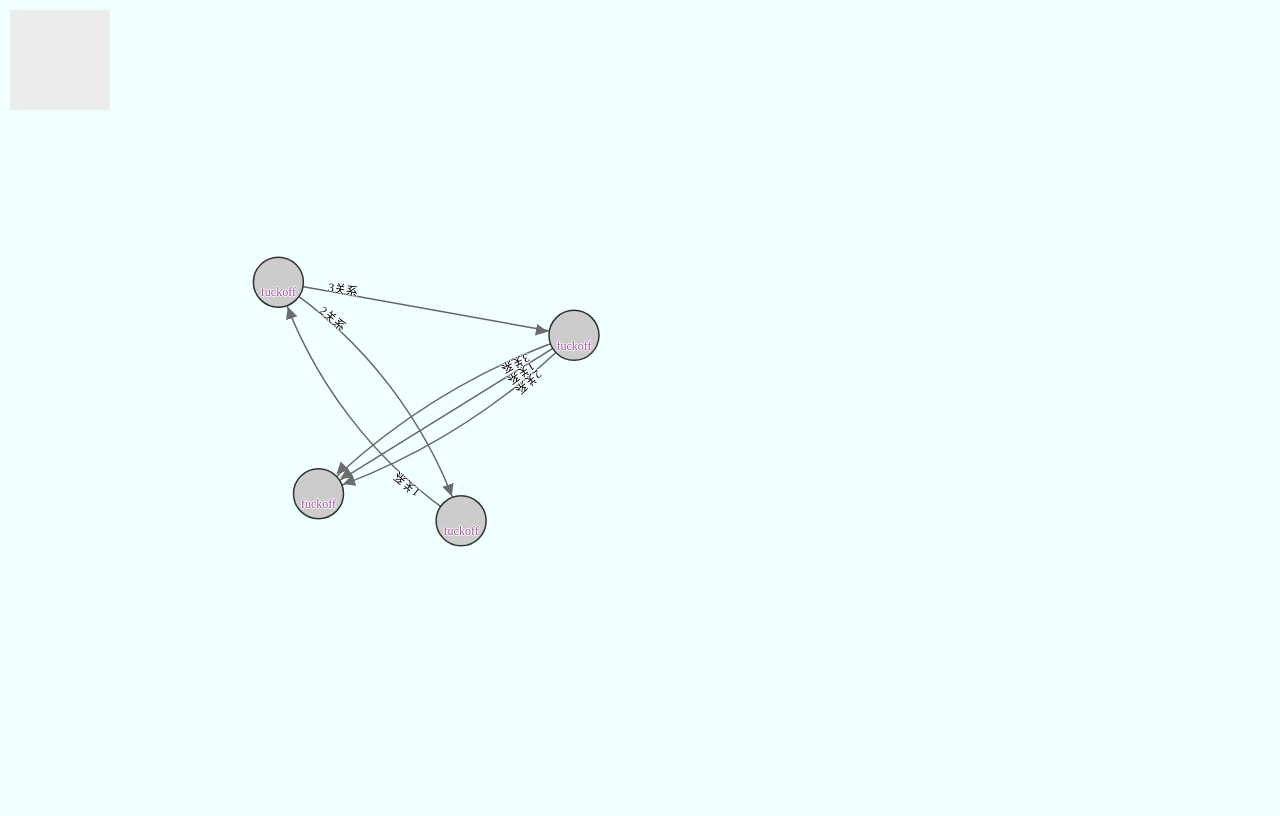
Repository: 467469274/fource
Page: index.html
The author's editor kept a copy of each file at every save. The page is drawn from the files as they stood at one save, then again after the next save.
The browser window is 1280 px wide. The pictures show the whole page.
Some web libraries are served in a nearby version.

Above is the page before, as saved 2020-10-27 20:50:29.

After the next save:
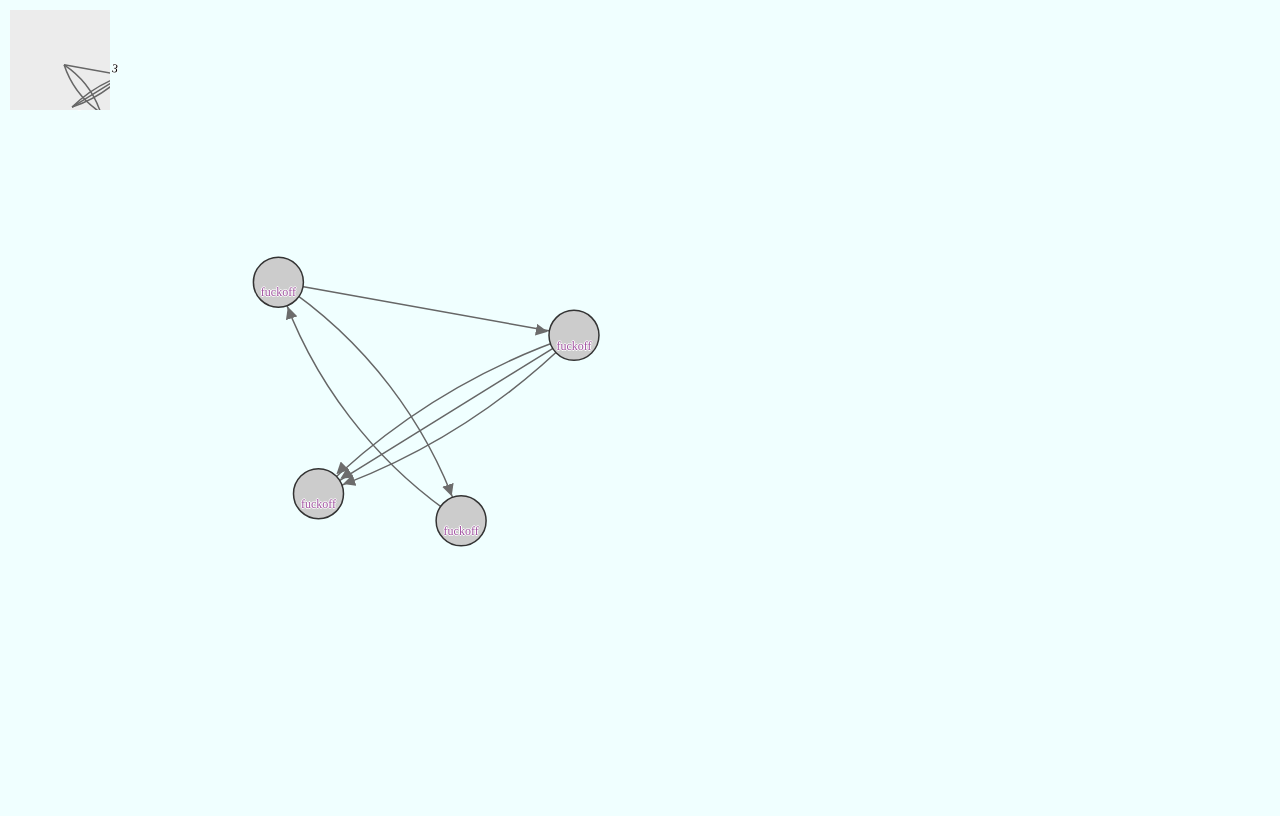
Console error: TypeError: thumbSvg.append(...).selectAll(...).data(...).enter is not a function
Saved 7 s later.
--- a/index.html
+++ b/index.html
@@ -256,7 +256,7 @@
                     return "rotate(0)";
                   }
                 });
-                // drawThumb()
+                drawThumb()
               }
               function initTips(data) {
                 Object.keys(tips).forEach((key) => {

After the save that followed:
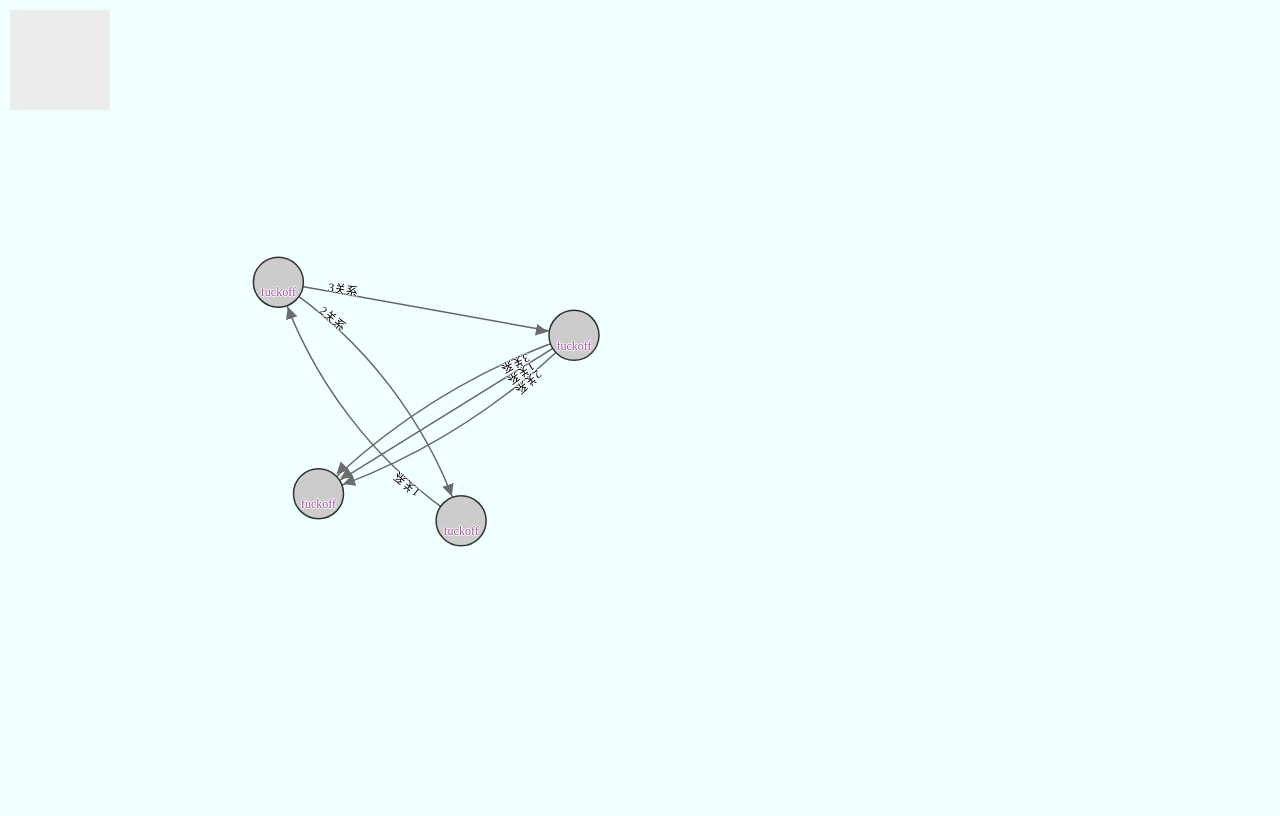
The error is gone.
Saved 6 s later.
--- a/index.html
+++ b/index.html
@@ -256,7 +256,7 @@
                     return "rotate(0)";
                   }
                 });
-                drawThumb()
+                // drawThumb()
               }
               function initTips(data) {
                 Object.keys(tips).forEach((key) => {
